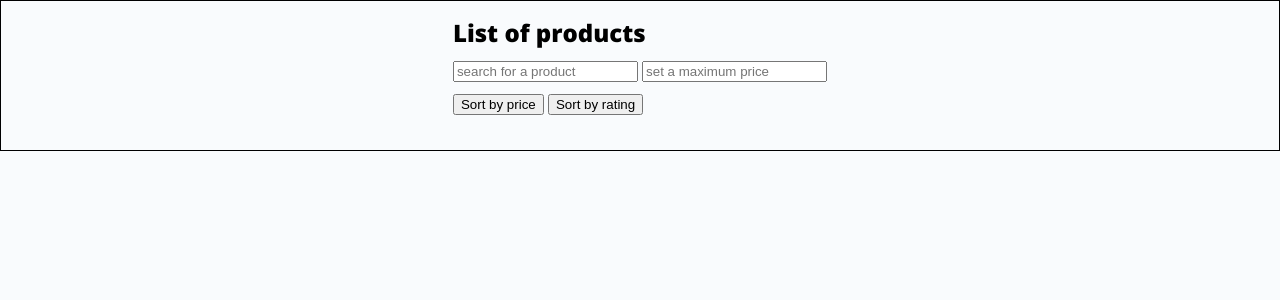
Repository: andrii1/hyf-homework
Page: javascript/javascript2/week2/hyf-bay/index.html
These files come from the project's save history. The page is drawn as it stood at one moment and after the next save; the edit follows.
The browser window is 1280 px wide. The pictures show the whole page.

Above is the page before, as saved 2022-07-06 12:17:05.

### javascript/javascript2/week2/hyf-bay/index.html
<head>
  <title>HyfBay - list of products</title>
  <meta name="viewport" content="width=device-width, initial-scale=1" />
  <link rel="stylesheet" type="text/css" href="main.css" />
  <link
    href="https://fonts.googleapis.com/css?family=Open+Sans:400,800"
    rel="stylesheet"
  />
</head>

<body>
  <main>
    <section class="box-products">
      <h1>List of products</h1>
      <form action="#" class="form">
        <input type="text" id="search" placeholder="search for a product" />
        <input
          type="text"
          id="maximumPrice"
          placeholder="set a maximum price"
        />
      </form>
      <button id="price-sort">Sort by price</button>
      <button id="rating-sort">Sort by rating</button>
      <ul id="list"></ul>
    </section>
  </main>
  <script src="hyfBayHelpers.js"></script>
  <script src="main.js"></script>
</body>

### javascript/javascript2/week2/hyf-bay/main.css
body {
    font-family: "Open Sans", sans-serif;
    background-color: #F9FBFD;
}

* {
    box-sizing: border-box;
}

body, h1, h2 {
    margin: 0;
}

ul {
    list-style-type: none;
    margin: 0;
    padding: 10;
}

main {
  display: flex;
  align-items: center;
  justify-content: center;
  padding:15;
  align-items: center;
  border: 1px solid black;
}

section .box-products {
  width: 500px;
  border: 1px solid blue;
}

form {
  margin: 10 0;
}

### javascript/javascript2/week2/hyf-bay/hyfBayHelpers.js
/* DONT MODIFY ANY OF THIS CODE!!!*/

window.getAvailableProducts = function () {
  function getRandomInt(min, max) {
    min = Math.ceil(min);
    max = Math.floor(max);
    return Math.floor(Math.random() * (max - min + 1)) + min;
  }

  function getRandomItem(availableProductNames) {
    return availableProductNames[
      getRandomInt(0, availableProductNames.length - 1)
    ];
  }

  function getRandomProductname() {
    const preWords = [
      "Used",
      "Fantastic",
      '"Used"',
      "Broken",
      "Beautiful",
      "Wet",
      "Green",
      "Sloppy",
      "Dirty",
    ];
    const productNames = [
      "Carrot",
      "Drone",
      "Giftcard",
      "Puppy",
      "Car",
      "Shirt",
      "Milk",
      "Chalk",
      "Fish fingers",
      "Socks",
      "Chocolate",
      "Toothbrush",
      "Computer",
      "Nokia",
      "Cologne",
    ];

    let chosenProductName = getRandomItem(productNames);
    const shouldHavePreWord = getRandomInt(0, 10) > 6;

    if (shouldHavePreWord) {
      const preWord = preWords[getRandomInt(0, preWords.length - 1)];
      chosenProductName = `${preWord} ${chosenProductName}`;
    }

    return chosenProductName;
  }

  const numberOfAvailableProducts = getRandomInt(0, 30);
  const availableProducts = Array.apply(
    null,
    Array(numberOfAvailableProducts)
  ).map(() => {
    const name = getRandomProductname();
    return {
      id: `${name}${getRandomInt(0, 100000)}`,
      name,
      price: getRandomInt(0, 10000),
      rating: getRandomInt(1, 10),
    };
  });

  return availableProducts;
};

### javascript/javascript2/week2/hyf-bay/main.js
console.log("Script loaded");
const products = getAvailableProducts();
console.log(products);
let clickCount = 0;
let clickCountRating = 0;
const searchInput = document.getElementById("search");
const maximumPriceInput = document.getElementById("maximumPrice");
const buttonSortPrice = document.getElementById("price-sort");
const buttonSortRating = document.getElementById("rating-sort");
searchInput.addEventListener("input", filterProducts);
maximumPriceInput.addEventListener("input", filterProductsByPrice);
buttonSortPrice.addEventListener("click", sortProductsByPrice);
buttonSortRating.addEventListener("click", sortProductsByRating);
function filterProducts(event) {
  const filteredProducts = products.filter((product) =>
    product.name.toLowerCase().includes(event.target.value)
  );
  renderProducts(filteredProducts);
}

function filterProductsByPrice(event) {
  const filteredProducts = products.filter(
    (product) => product.price < event.target.value
  );
  renderProducts(filteredProducts);
}

function sortProductsByPrice() {
  if (clickCount % 2 == 0) {
    const sortedProducts = products.sort((a, b) => a.price - b.price);
    renderProducts(sortedProducts);
  } else {
    const sortedProducts = products.sort((a, b) => b.price - a.price);
    renderProducts(sortedProducts);
  }

  clickCount++;
}

function sortProductsByRating() {
  if (clickCountRating % 2 == 0) {
    const sortedProducts = products.sort((a, b) => a.rating - b.rating);
    renderProducts(sortedProducts);
  } else {
    const sortedProducts = products.sort((a, b) => b.rating - a.rating);
    renderProducts(sortedProducts);
  }

  clickCountRating++;
}

const list = document.querySelector("#list");

function renderProducts(products) {
  // your code here
  list.innerHTML = "";
  for (let i = 0; i < products.length; i++) {
    const listItem = document.createElement("li");
    const name = document.createElement("h2");
    const price = document.createElement("p");
    const rating = document.createElement("p");
    name.innerHTML = products[i].name;
    price.innerHTML = `price: ${products[i].price}`;
    rating.innerHTML = `rating: ${products[i].rating}`;
    list.appendChild(listItem);
    list.appendChild(name);
    list.appendChild(price);
    list.appendChild(rating);
  }
}

//renderProducts(products); // This should create the ul and the li's with the individual products details

After the next save:
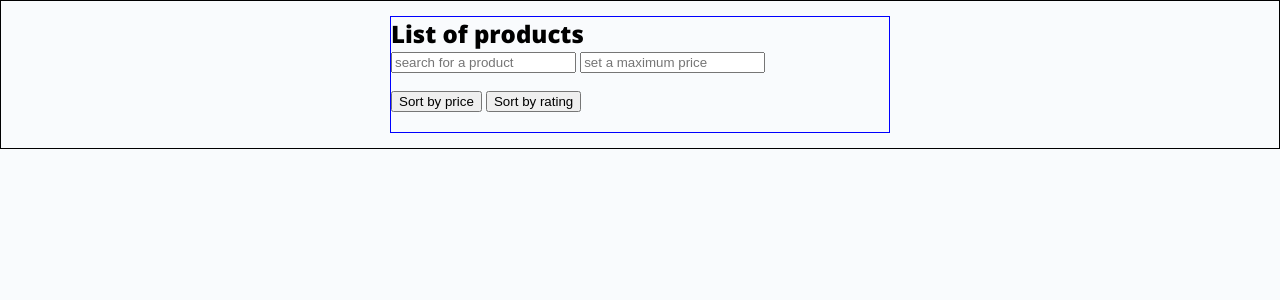
Saved 20 s later.
--- a/javascript/javascript2/week2/hyf-bay/main.css
+++ b/javascript/javascript2/week2/hyf-bay/main.css
@@ -26,11 +26,7 @@ main {
   border: 1px solid black;
 }
 
-section .box-products {
+.box-products {
   width: 500px;
   border: 1px solid blue;
 }
-
-form {
-  margin: 10 0;
-}
